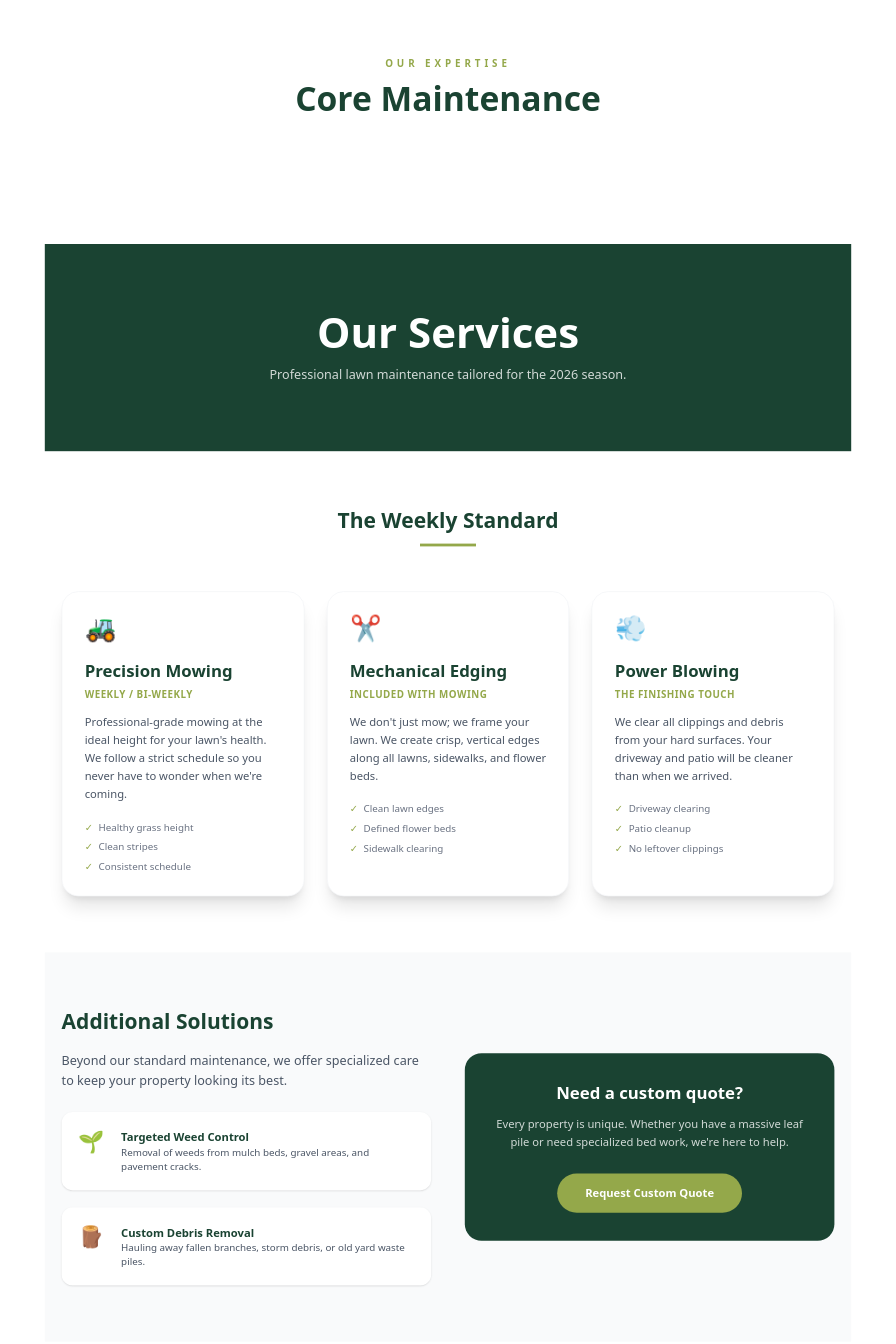
Repository: KalebMalone/Avarro
Page: /
An editor plug-in stored every save of this project. The page is shown before and after the next save, followed by the edit.
The browser window is 1280 px wide. The pictures show the part of the page from y = 791 to 2711 px (the page is 3730 px tall), at 70% of full size.
The project was rebuilt for these pictures with package versions that can differ from the ones it lists, and the page was loaded fresh each time. Also part of the build but not shown: vite.config.js, src/pages/About.jsx, src/pages/Contact.jsx.

Above is the page before, as saved 2026-01-28 17:04:06.

After the next save:
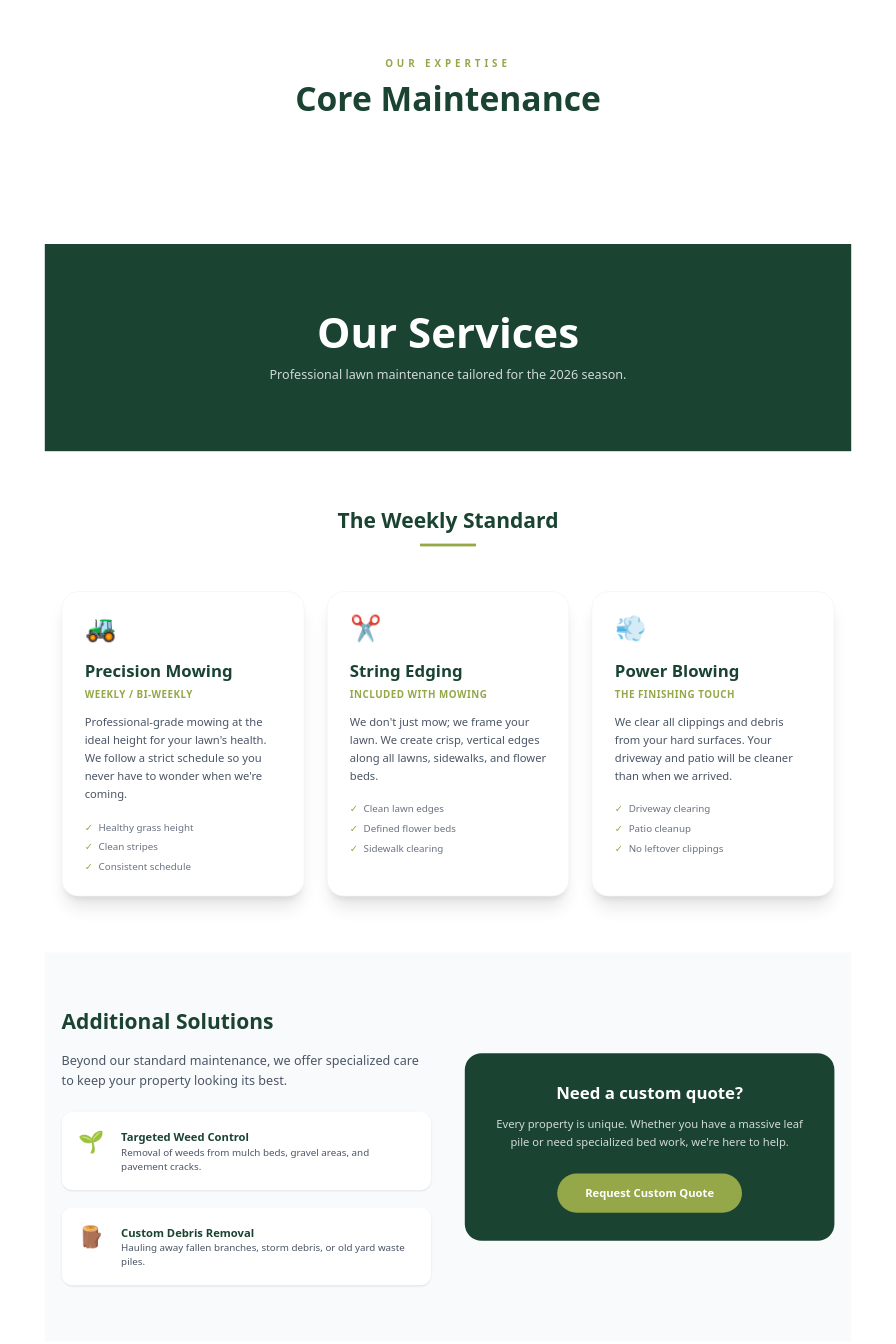
Saved 106 s later.
--- a/src/components/Services.jsx
+++ b/src/components/Services.jsx
@@ -9,7 +9,7 @@
         icon: "🚜"
     },
     {
-        title: "Mechanical Edging",
+        title: "String Edging",
         price: "Included with Mowing",
         desc: "We don't just mow; we frame your lawn. We create crisp, vertical edges along all lawns, sidewalks, and flower beds.",
         features: ["Clean lawn edges", "Defined flower beds", "Sidewalk clearing"],
